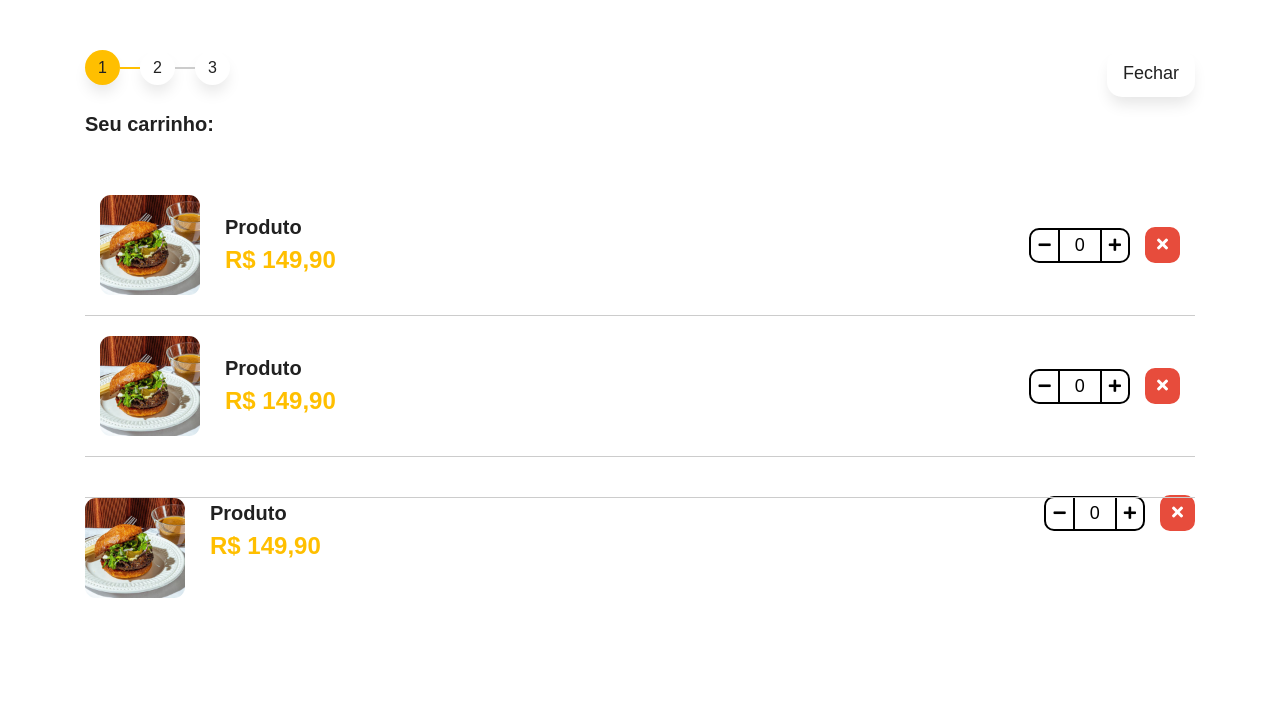
Repository: darkness318/restaraunt
Page: index.html
An editor plug-in stored every save of this project. The page is shown before and after the next save, followed by the edit.
The browser window is 1280 px wide. The pictures show the window.
A layer covers the whole window, so only the first screen is drawn. An inner scrolling area shows only its first screen.

Above is the page before, as saved 2024-10-01 10:36:06.

### index.html
<!DOCTYPE html>
<html lang="pt-br">
  <head>
    <meta charset="UTF-8" />
    <meta name="viewport" content="width=device-width, initial-scale=1.0" />
    <title>Restaurente - Seja bem vindo!</title>
    <link rel="stylesheet" href="./css/bootstrap.min.css" />
    <link rel="stylesheet" href="./css/fontawesome.css" />
    <link rel="stylesheet" href="./css/main.css" />
  </head>

  <body>
    <section class="header">
      <div class="container">
        <nav class="navbar navbar-expand-lg pl-0 pr-0">
          <a class="navbar-brand" href="#">
            <img src="./img/logo.png" width="160" class="img-logo" />
          </a>
          <button
            class="navbar-toggler"
            type="button"
            data-toggle="collapse"
            data-target="#navbarNavDropdown"
          >
            <span class="navbar-toggler-icon">
              <i class="fas fa-bars"></i>
            </span>
          </button>
          <div class="collapse navbar-collapse" id="navbarNavDropdown">
            <ul class="navbar-nav ml-auto mr-auto">
              <li class="nav-item">
                <a href="#reservas" class="nav-link"><b>Reservas</b></a>
              </li>
              <li class="nav-item">
                <a href="#servicos" class="nav-link"><b>Serviços</b></a>
              </li>
              <li class="nav-item">
                <a href="#cardapio" class="nav-link"><b>Cardápio</b></a>
              </li>
              <li class="nav-item">
                <a href="#depoimentos" class="nav-link"><b>Depoimentos</b></a>
              </li>
            </ul>
            <a class="btn btn-white btn-icon">
              Meu carrinho
              <span class="icon">
                <i class="fa fa-shopping-bag"></i>
              </span>
            </a>
          </div>
        </nav>
      </div>
    </section>

    <section class="banner">
      <div class="container">
        <div class="row">
          <div class="col-6">
            <div class="d-flex text-banner">
              <h1>
                <b>Escolha sua comida <b class="color-primary">favorita.</b></b>
              </h1>
              <p>
                Aproveite nosso cardápio! Escolha o que desejar e receba em sua
                casa de forma rápida e segura.
              </p>
              <div>
                <a class="btn btn-yellow mt-4 mr-3"> Ver Cardápio </a>
                <a href="#" class="btn btn-white btn-icon-left mt-4">
                  <span class="icon-left">
                    <i class="fa fa-phone"></i>
                  </span>
                  (66) 9 9999-8888
                </a>
              </div>
            </div>
            <a class="btn btn-sm btn-white btn-social mt-4 mr-3">
              <i class="fab fa-instagram"></i>
            </a>
            <a class="btn btn-sm btn-white btn-social mt-4 mr-3">
              <i class="fab fa-facebook-f"></i>
            </a>
            <a class="btn btn-sm btn-white btn-social mt-4">
              <i class="fab fa-whatsapp"></i>
            </a>
          </div>
          <div class="col-6">
            <div class="card-banner"></div>
            <div class="d-flex img-banner">
              <img src="./img/burguer.png" />
            </div>
            <div class="card card-case">
              "Entrega rápida e funcionários simpáticos.
              <br />A comida chegou quente e <br />
              muito saborosa!"
              <span class="card-case-name">
                <b>Thiago Lopes</b>
              </span>
            </div>
          </div>
        </div>
      </div>
    </section>
    <section class="servicos" id="servicos">
      <div class="background-servicos"></div>

      <div class="container">
        <div class="class row">
          <div class="col-12 text-center mb-5">
            <span class="hint-title"><b>Serviços</b></span>
            <h1 class="title">
              <b>Como são nossos serviços?</b>
            </h1>
          </div>

          <div class="col-4 mb-5">
            <div class="card-icon text-center">
              <img src="./img/icone-pedido.svg" width="150 " />
            </div>

            <div class="card-text text-center mt-3">
              <p><b>Fácil de pedir</b></p>
              <span>
                Você só precisa de alguns passos para pedir sua comida.
              </span>
            </div>
          </div>

          <div class="col-4 mb-5">
            <div class="card-icon text-center">
              <img src="./img/icone-delivery.svg" width="250 " />
            </div>

            <div class="card-text text-center mt-3">
              <p><b>Entrega Rápida</b></p>
              <span> Nossa entrega é sempre pontual, rápida e segura. </span>
            </div>
          </div>

          <div class="col-4 mb-5">
            <div class="card-icon text-center">
              <img src="./img/icone-qualidade.svg" width="250 " />
            </div>

            <div class="card-text text-center mt-3">
              <p><b>Melhor qualidade</b></p>
              <span>
                Não só a rapidez na entrega, a qualidade também é o nosso forte.
              </span>
            </div>
          </div>
        </div>
      </div>
    </section>
    <section class="cardapio" id="cardapio">
      <div class="background-cardapio"></div>

      <div class="container">
        <div class="row">
          <div class="col-12 text-center mb-5">
            <span class="hint-title"><b>Cardápio</b></span>
            <h1 class="title">
              <b>Conheça o nosso Cardápio</b>
            </h1>
          </div>

          <div class="col-12 container-menu">
            <a class="btn btn-white btn-sm mr-3">
              <i class="fas fa-hamburger"></i>&nbsp;Burgers
            </a>
            <a class="btn btn-white btn-sm mr-3">
              <i class="fas fa-pizza-slice"></i>&nbsp;Pizzas
            </a>
            <a class="btn btn-white btn-sm mr-3">
              <i class="fas fa-drumstick-bite"></i>&nbsp;Churrasco
            </a>
            <a class="btn btn-white btn-sm mr-3">
              <i class="fas fa-bacon"></i>&nbsp;Steaks
            </a>
            <a class="btn btn-white btn-sm mr-3">
              <i class="fas fa-cocktail"></i>&nbsp;Bebidas
            </a>
            <a class="btn btn-white btn-sm mr-3">
              <i class="fas fa-ice-cream"></i>&nbsp;Sobremesas
            </a>
          </div>

          <div class="col-12">
            <div class="row" id="itensCardapio">
              <div class="col-3 mb-5">
                <div class="card card-item">
                  <div class="img-produto">
                    <img
                      src="./img/cardapio/burguers/burger-au-poivre-kit-4-pack.3ca0e39b02db753304cd185638dad518.jpg"
                    />
                  </div>
                  <p class="title-produto text-center mt-4">
                    <b>Nome do produto muito grande</b>
                  </p>
                  <p class="price-produto text-center">
                    <b>R$ 154,90</b>
                  </p>

                  <div class="add-carrinho">
                    <span class="btn-menos"><i class="fas fa-minus"></i></span>
                    <span class="btn-numero-itens">0</span>
                    <span class="btn-mais"><i class="fas fa-plus"></i></span>
                    <span class="btn btn-add"
                      ><i class="fa fa-shopping-bag"></i
                    ></span>
                  </div>
                </div>
              </div>

              <div class="col-3 mb-5">
                <div class="card card-item">
                  <div class="img-produto">
                    <img
                      src="./img/cardapio/burguers/burger-au-poivre-kit-4-pack.3ca0e39b02db753304cd185638dad518.jpg"
                    />
                  </div>
                  <p class="title-produto text-center mt-4">
                    <b>Nome do produto muito grande</b>
                  </p>
                  <p class="price-produto text-center">
                    <b>R$ 154,90</b>
                  </p>

                  <div class="add-carrinho">
                    <span class="btn-menos"><i class="fas fa-minus"></i></span>
                    <span class="btn-numero-itens">0</span>
                    <span class="btn-mais"><i class="fas fa-plus"></i></span>
                    <span class="btn btn-add"
                      ><i class="fa fa-shopping-bag"></i
                    ></span>
                  </div>
                </div>
              </div>

              <div class="col-3 mb-5">
                <div class="card card-item">
                  <div class="img-produto">
                    <img
                      src="./img/cardapio/burguers/burger-au-poivre-kit-4-pack.3ca0e39b02db753304cd185638dad518.jpg"
                    />
                  </div>
                  <p class="title-produto text-center mt-4">
                    <b>Nome do produto muito grande</b>
                  </p>
                  <p class="price-produto text-center">
                    <b>R$ 154,90</b>
                  </p>

                  <div class="add-carrinho">
                    <span class="btn-menos"><i class="fas fa-minus"></i></span>
                    <span class="btn-numero-itens">0</span>
                    <span class="btn-mais"><i class="fas fa-plus"></i></span>
                    <span class="btn btn-add"
                      ><i class="fa fa-shopping-bag"></i
                    ></span>
                  </div>
                </div>
              </div>

              <div class="col-3 mb-5">
                <div class="card card-item">
                  <div class="img-produto">
                    <img
                      src="./img/cardapio/burguers/burger-au-poivre-kit-4-pack.3ca0e39b02db753304cd185638dad518.jpg"
                    />
                  </div>
                  <p class="title-produto text-center mt-4">
                    <b>Nome do produto muito grande</b>
                  </p>
                  <p class="price-produto text-center">
                    <b>R$ 154,90</b>
                  </p>

                  <div class="add-carrinho">
                    <span class="btn-menos"><i class="fas fa-minus"></i></span>
                    <span class="btn-numero-itens">0</span>
                    <span class="btn-mais"><i class="fas fa-plus"></i></span>
                    <span class="btn btn-add"
                      ><i class="fa fa-shopping-bag"></i
                    ></span>
                  </div>
                </div>
              </div>
            </div>
          </div>
          <div class="col-12 text-center">
            <a class="btn btn-white btn-sm">Ver mais</a>
          </div>
        </div>
      </div>
    </section>
    <section class="depoimentos" id="depoimentos">
      <div class="background-depoimentos"></div>
      <div class="container">
        <div class="row">
          <div class="col-5 text-center">
            <div class="card-depoimentos"></div>
            <div class="d-flex img-banner">
              <img src="./img/pizzas.png" />
            </div>
          </div>

          <div class="col-7">
            <span class="hint-title"><b>Depoimentos</b></span>
            <h1 class="title">
              <b>O que dizem sobre nós</b>
            </h1>
            <div class="mb-5">
              <div class="depoimento" id="depoimento-1">
                <div class="container-dados-depoimento">
                  <div class="imagem-depoimento"></div>
                  <div>
                    <p class="nome-depoimento"><b>Diego Pereira</b></p>
                    <p class="nota-depoimento">
                      <i class="fas fa-star"></i>
                      <i class="fas fa-star"></i>
                      <i class="fas fa-star"></i>
                      <i class="fas fa-star"></i>
                      <i class="fas fa-star-half-alt"></i>&nbsp;
                      <span>4.5</span>
                    </p>
                  </div>
                </div>
                <p class="texto-depoimento">
                  <i class="fas fa-quote-left"></i>
                  <span>
                    Muito bom, recomendo demais! Comida muito bem feita pelo
                    chefe, atendimento dentro dos parâmetros e boa comunicação
                    com o cliente.
                  </span>
                  <i class="fas fa-quote-right"></i>
                </p>
              </div>

              <div class="depoimento hidden" id="depoimento-2">
                <div class="container-dados-depoimento">
                  <div class="imagem-depoimento"></div>
                  <div>
                    <p class="nome-depoimento"><b>Ana Beatriz</b></p>
                    <p class="nota-depoimento">
                      <i class="fas fa-star"></i>
                      <i class="fas fa-star"></i>
                      <i class="fas fa-star"></i>
                      <i class="fas fa-star"></i>
                      <i class="fas fa-star"></i>&nbsp; <span>5.0</span>
                    </p>
                  </div>
                </div>
                <p class="texto-depoimento">
                  <i class="fas fa-quote-left"></i>
                  <span>
                    Um jantar perfeito do começo ao fim. Comida, experiência,
                    serviço... foi tão maravilhoso que fomos dois dias seguidos
                    - fato inédito para mim em uma viagem.
                  </span>
                  <i class="fas fa-quote-right"></i>
                </p>
              </div>

              <div class="depoimento hidden" id="depoimento-3">
                <div class="container-dados-depoimento">
                  <div class="imagem-depoimento"></div>
                  <div>
                    <p class="nome-depoimento"><b>João Guilherme</b></p>
                    <p class="nota-depoimento">
                      <i class="fas fa-star"></i>
                      <i class="fas fa-star"></i>
                      <i class="fas fa-star"></i>
                      <i class="fas fa-star"></i>
                      <i class="far fa-star"></i>&nbsp; <span>4.0</span>
                    </p>
                  </div>
                </div>
                <p class="texto-depoimento">
                  <i class="fas fa-quote-left"></i>
                  <span>
                    A comida estava excelente e o serviço gentil nos
                    surpreendeu! Dica: reserve umas 3 horas para ter uma
                    experiência incrível.
                  </span>
                  <i class="fas fa-quote-right"></i>
                </p>
              </div>
            </div>

            <a class="btn btn-sm btn-white btn-social mr-3 active">1</a>
            <a class="btn btn-sm btn-white btn-social mr-3">2</a>
            <a class="btn btn-sm btn-white btn-social">3</a>
          </div>
        </div>
      </div>
    </section>
    <section class="reserva" id="reserva">
      <div class="container">
        <div class="row">
          <div class="col-12">
            <div class="card-secondary">
              <div class="row">
                <div class="col-7">
                  <span class="hint-title"><b>Reserva</b></span>
                  <h1 class="title">
                    <b>Quer reservar um horário?</b>
                  </h1>
                  <p class="pr-5">
                    Mande uma mensagem clicando no botão abaixo
                    <br />
                    Reserve sua data e horário de forma simples e rápida.
                  </p>
                  <a class="btn btn-yellow mt-4"> Fazer reserva </a>
                </div>

                <div class="col-5">
                  <div class="card-reserva"></div>
                  <div class="d-flex img-banner">
                    <img src="./img/icone-reserva.svg" />
                  </div>
                </div>
              </div>
            </div>
          </div>
        </div>
      </div>
    </section>

    <section class="footer">
      <div class="container">
        <div class="row">
          <div class="col-3 container-logo-footer">
            <img class="logo-footer" src="./img/logo.png" />
          </div>

          <div class="col-6 container-texto-footer">
            <p class="mb-0">
              <b>Menu On-line</b> &copy; Todos os direitos reservados
            </p>
          </div>

          <div class="col-3 container-redes-footer">
            <a class="btn btn-sm btn-white btn-social mr-3">
              <i class="fab fa-instagram"></i>
            </a>
            <a class="btn btn-sm btn-white btn-social mr-3">
              <i class="fab fa-facebook-f"></i>
            </a>
            <a class="btn btn-sm btn-white btn-social">
              <i class="fab fa-whatsapp"></i>
            </a>
          </div>
        </div>
      </div>
    </section>

    <div class="modal-full" id="modalCarrinho">
      <div class="m-header">
        <div class="container">
          <a class="btn btn-white btn-sm float-right"> Fechar </a>

          <div class="etapas">
            <div class="etapa etapa1 active">1</div>
            <div class="etapa etapa2">2</div>
            <div class="etapa etapa3">3</div>
          </div>
          <p class="title-carrinho mt-4">
            <b id="lblTituloEtapa">Seu carrinho:</b>
          </p>
        </div>
      </div>

      <div class="m-body">
        <div class="container">
          <div id="itensCarrinho" class="row mr-0 ml-0">
            <div class="col-12 item-carrinho">
              <div class="img-produto">
                <img
                  src="./img/cardapio/burguers/burger-au-poivre-kit-4-pack.3ca0e39b02db753304cd185638dad518.jpg"
                />
              </div>
              <div class="dados-produto">
                <p class="title-produto"><b>Produto</b></p>
                <p class="price-produto"><b>R$ 149,90</b></p>
              </div>
              <div class="add-carrinho">
                <span class="btn-menos"><i class="fas fa-minus"></i></span>
                <span class="btn-numero-itens">0</span>
                <span class="btn-mais"><i class="fas fa-plus"></i></span>
                <span class="btn btn-remove"><i class="fa fa-times"></i></span>
              </div>
            </div>
            <!-- segundo item do carrinho   -->
            <div class="col-12 item-carrinho">
              <div class="img-produto">
                <img
                  src="./img/cardapio/burguers/burger-au-poivre-kit-4-pack.3ca0e39b02db753304cd185638dad518.jpg"
                />
              </div>
              <div class="dados-produto">
                <p class="title-produto"><b>Produto</b></p>
                <p class="price-produto"><b>R$ 149,90</b></p>
              </div>
              <div class="add-carrinho">
                <span class="btn-menos"><i class="fas fa-minus"></i></span>
                <span class="btn-numero-itens">0</span>
                <span class="btn-mais"><i class="fas fa-plus"></i></span>
                <span class="btn btn-remove"><i class="fa fa-times"></i></span>
              </div>
            </div>

            <div class="col-12 item-carrinho">

            </div>
              <div class="img-produto">
                <img
                  src="./img/cardapio/burguers/burger-au-poivre-kit-4-pack.3ca0e39b02db753304cd185638dad518.jpg"
                />
              </div>
              <div class="dados-produto">
                <p class="title-produto"><b>Produto</b></p>
                <p class="price-produto"><b>R$ 149,90</b></p>
              </div>
              <div class="add-carrinho">
                <span class="btn-menos"><i class="fas fa-minus"></i></span>
                <span class="btn-numero-itens">0</span>
                <span class="btn-mais"><i class="fas fa-plus"></i></span>
                <span class="btn btn-remove"><i class="fa fa-times"></i></span>
              </div>
            </div>
          </div>

          <div id="localEntrega" class="row mr-0 ml-0 hidden"></div>

          <div id="resumoCarrinho" class="row mr-0 ml-0 hidden"></div>
        </div>
      </div>

      <div class="m-footer">
        <div class="container">
          <div class="container-total text-right mb-4 ">
            <p class="mb-0">
              <span>Subtotal</span>
              <span id="lblSubtotal">R$ 103,00</span>
            </p>
            <p class="mb-0 texto-entrega">
              <span><i class="fas fa-motorcycle"></i>Entrega:</span>
              <span id="lblValorEntrega">R$ 5,00</span>
            </p>
            <p class="mb-0 texto-total"></p>
              <span><b>Total:</b></span>
              <span class="valor-total" id="lblValorTotal"><b>R$ 108,00</b></span>
            </p>
          </div>
          <a class="btn btn-yellow float-right" id="btnEtapaPedido">Continuar</a>
          <a class="btn btn-yellow float-right hidden" id="btnEtapaEndereco">Revisar Pediro</a>
          <a class="btn btn-yellow float-right hidden" id="btnEtapaResumo">EnviarPedido</a>
          <a class="btn btn-white float-right mr-3" id="btnEtapaResumo">Voltar</a>
        </div>
      </div>
    </div>

    <script type="text/javascript" src="./js/jquery-1.12.4.min.js"></script>
    <script type="text/javascript" src="./js/modernizr-3.5.0.min.js"></script>
    <script type="text/javascript" src="./js/bootstrap.min.js"></script>
    <script type="text/javascript" src="./js/popper.min.js"></script>
  </body>
</html>

Loaded but not shown: css/bootstrap.min.css (library); css/fontawesome.css (library); js/jquery-1.12.4.min.js (library); js/modernizr-3.5.0.min.js (library); js/bootstrap.min.js (library); js/popper.min.js (library); css/main.css (621 lines, source omitted)

After the next save:
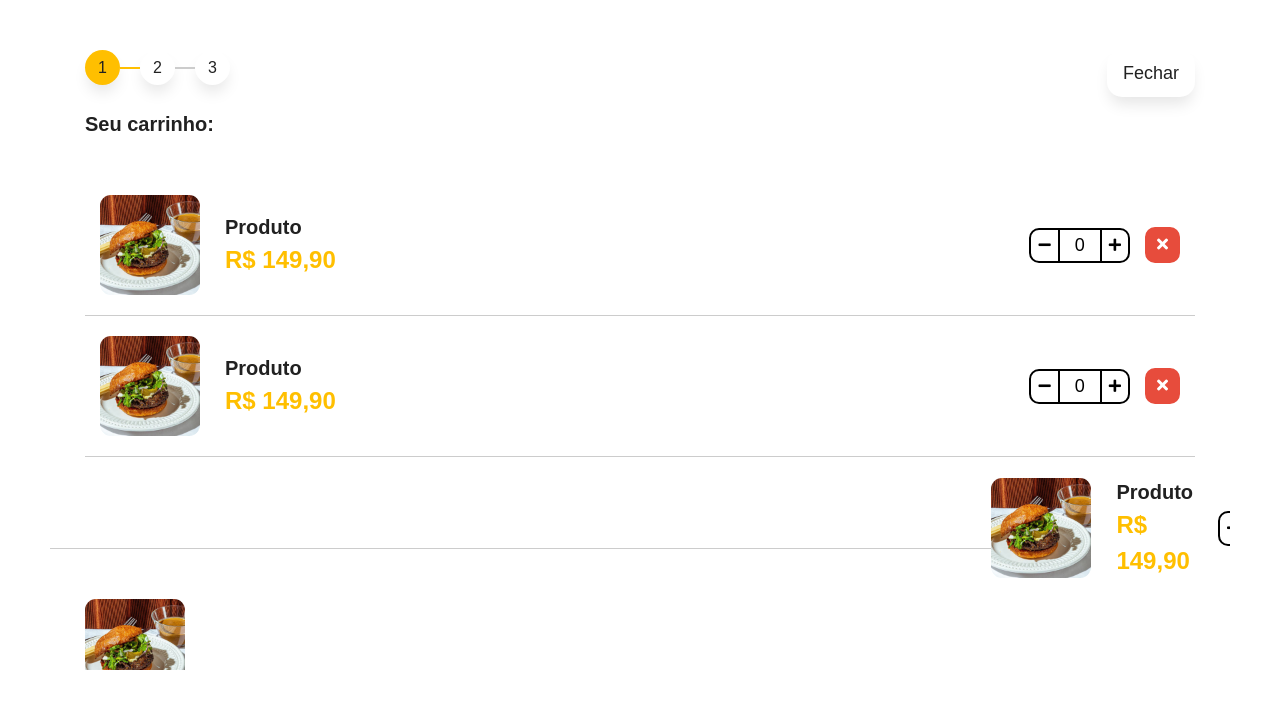
Saved 1 s later.
--- a/index.html
+++ b/index.html
@@ -511,7 +511,23 @@
             </div>
 
             <div class="col-12 item-carrinho">
-
+              <div class="col-12 item-carrinho"></div>
+              <div class="img-produto">
+                <img
+                  src="./img/cardapio/burguers/burger-au-poivre-kit-4-pack.3ca0e39b02db753304cd185638dad518.jpg"
+                />
+              </div>
+              <div class="dados-produto">
+                <p class="title-produto"><b>Produto</b></p>
+                <p class="price-produto"><b>R$ 149,90</b></p>
+              </div>
+              <div class="add-carrinho">
+                <span class="btn-menos"><i class="fas fa-minus"></i></span>
+                <span class="btn-numero-itens">0</span>
+                <span class="btn-mais"><i class="fas fa-plus"></i></span>
+                <span class="btn btn-remove"><i class="fa fa-times"></i></span>
+              </div>
+            </div>
             </div>
               <div class="img-produto">
                 <img
